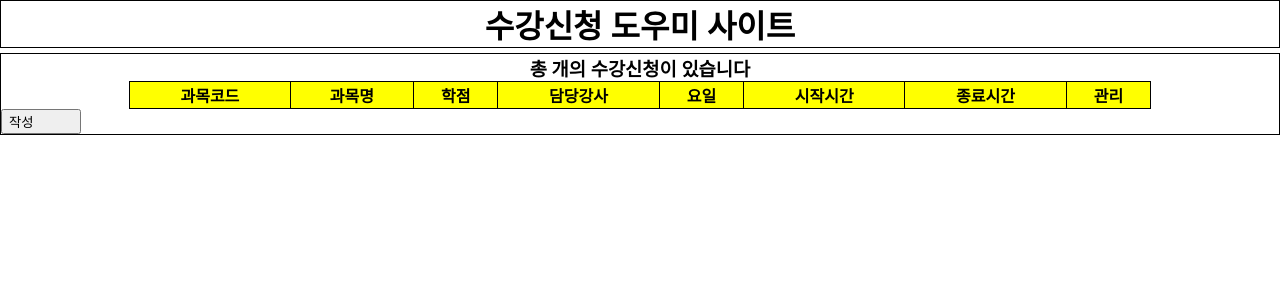
Repository: Tor1a/SpringSet
Page: http://localhost/practice02/WEB-INF/views/home.jsp
An editor plug-in stored every save of this project. The page is shown before and after the next save, followed by the edit.
The browser window is 1280 px wide. The pictures show the whole page.
The page is served by Tomcat 9. Nobody is signed in. Other server files are loaded and not shown. The template is opened directly, without the code that normally fills it, so the values that code supplies are empty.

Above is the page before, as saved 2022-04-15 00:12:34.

### practice02/src/main/webapp/WEB-INF/views/home.jsp
<%@ page language="java" contentType="text/html; charset=UTF-8"
	pageEncoding="UTF-8"%>
<%@ taglib prefix="c" uri="http://java.sun.com/jsp/jstl/core"%>
<%@ taglib prefix="fmt" uri="http://java.sun.com/jsp/jstl/fmt"%>




<!DOCTYPE html>
<html>
<head>
<meta charset="UTF-8">
<script src="../js/jquery-3.6.0.min.js"></script>
<link rel="stylesheet"
	href="${pageContext.request.contextPath}/resources/css/home.css">
<script
	src="${pageContext.request.contextPath}/resources/js/course/home.js"></script>

<title>수강신청 도우미 사이트</title>
</head>
<body>

	<div id="wrapper">

		<h1 class="title">수강신청 도우미 사이트</h1>

		<div id="content">
			<h3 class="total">총 ${total}개의 수강신청이 있습니다</h3>

		<table class="liTb">
			<thead>
				<th>과목코드</th>
				<th>과목명</th>
				<th>학점</th>
				<th>담당강사</th>
				<th>요일</th>
				<th>시작시간</th>
				<th>종료시간</th>
				<th>관리</th>
			</thead>

			<c:forEach var="vo" items="${list}">
				<tr>
					<td>${vo.crId}</td>
					<td>${vo.crName}</td>
					<td>${vo.credit}</td>
					<td>${vo.lec_name}</td>
					<td>${vo.crWeek}</td>
					<td><c:if test="${vo.start_hour < 1000}">
							0${vo.start_hour}
						</c:if> <c:if test="${vo.start_hour >= 1000}">
							${vo.start_hour}
						</c:if></td>
					<td>${vo.end_end}</td>
					<td><a href="updateCourseForm.do?crId=${vo.crId}">수정</a> /<a
						href="deleteCourse.do?crId=${vo.crId}">삭제</a></td>
				</tr>
			</c:forEach>
		</table>
		<button id="add" onclick="add()">작성</button>
		</div>
	</div>



</body>
</html>

### practice02/src/main/webapp/resources/css/home.css
@charset "UTF-8";

body, h1, h2, h3, h4, h5, p, ul, li, ol, dd, dt, dl { padding: 0; margin: 0; }

ul {list-style: none;}

a:hover{text-decoration: none;}

body{width: auto; hight: auto;}

#container {display: flex; flex-direction: column;  width: 100%; height: 100%; border: 1px solid black; padding: 10px;}

#content {display:flex; flex-direction: column; justify-content: center; border: 1px solid black;}

#add {display: flex; justify-content:flex-end  padding:  15px 15px; width: 80px; hight: 30px; }

.liTb {margin: auto; border-collapse: collapse; border: 1px solid black; width: 80%;}

.title{display:flex;  flex-direction:row; justify-content:center;  text-align: center; border: 1px solid black; margin-bottom: 5px;}
.total {text-align: center;}


th {text-align: center; border: 1px solid black; background-color: yellow;}
td {text-align: center; border: 1px solid black;}

### practice02/src/main/webapp/resources/js/course/home.js
var crId = document.getElementById('vo.crId');

function deleteBtn(crId){
	if(confirm("삭제 하시겠습니까?")){
		var form = document.getElementById('delCourse');
		form.action = 'deleteCourseForm.do?crId='+crId;
		form.method = "GET";
		form.submit();

		return true;
	}else{

		return false;
	}
}


function add(){
	location.href = "courseAddForm.do";
}

Loaded but not shown: practice02/src/main/webapp/resources/js/jquery-3.6.0.min.js (library)

After the next save:
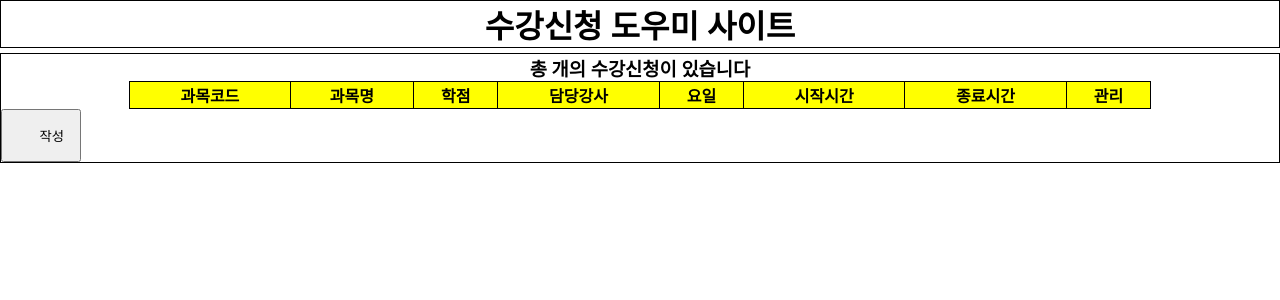
Saved 62 s later.
--- a/practice02/src/main/webapp/resources/css/home.css
+++ b/practice02/src/main/webapp/resources/css/home.css
@@ -12,7 +12,7 @@ body{width: auto; hight: auto;}
 
 #content {display:flex; flex-direction: column; justify-content: center; border: 1px solid black;}
 
-#add {display: flex; justify-content:flex-end  padding:  15px 15px; width: 80px; hight: 30px; }
+#add {display: flex; justify-content:flex-end;  padding:  15px 15px; width: 80px; hight: 30px; }
 
 .liTb {margin: auto; border-collapse: collapse; border: 1px solid black; width: 80%;}
 
@@ -20,5 +20,6 @@ body{width: auto; hight: auto;}
 .total {text-align: center;}
 
 
+
 th {text-align: center; border: 1px solid black; background-color: yellow;}
 td {text-align: center; border: 1px solid black;}
